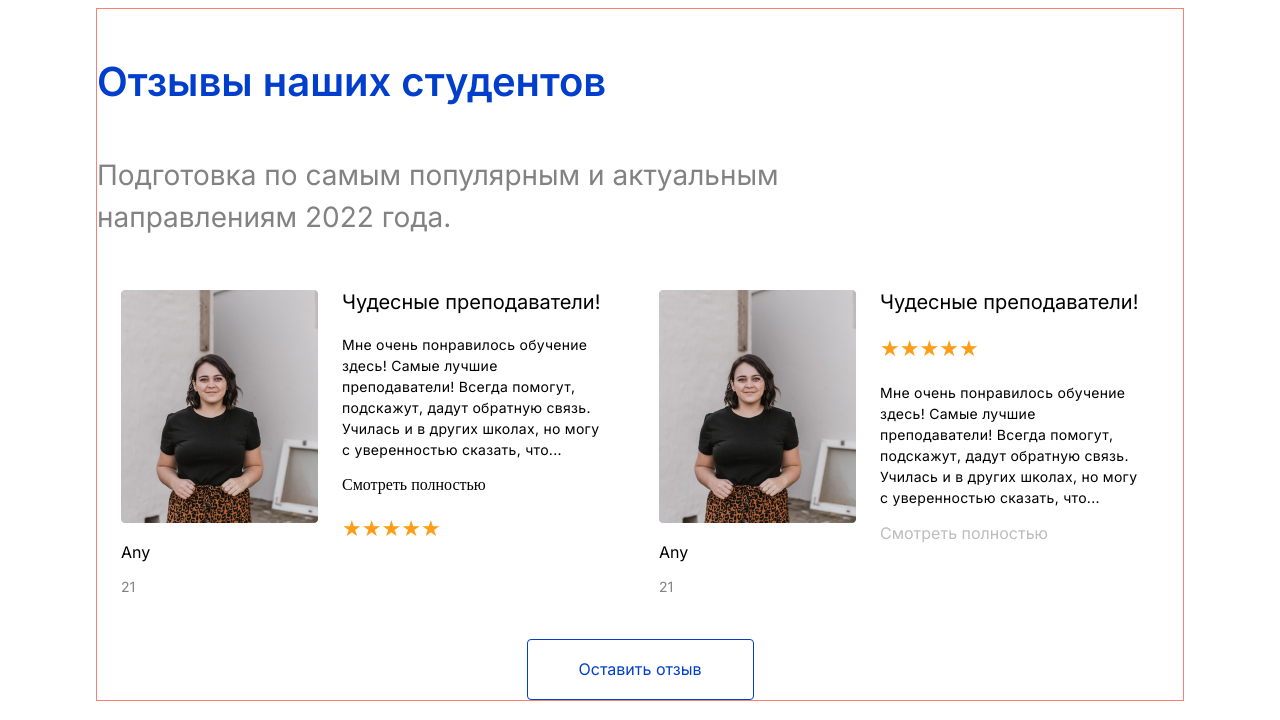
Repository: Malvuna/Studi
Page: index.html
These files come from the project's save history. The page is drawn as it stood at one moment and after the next save; the edit follows.
The browser window is 1280 px wide. The pictures show the whole page.

Above is the page before, as saved 2022-07-11 18:00:10.

After the next save:
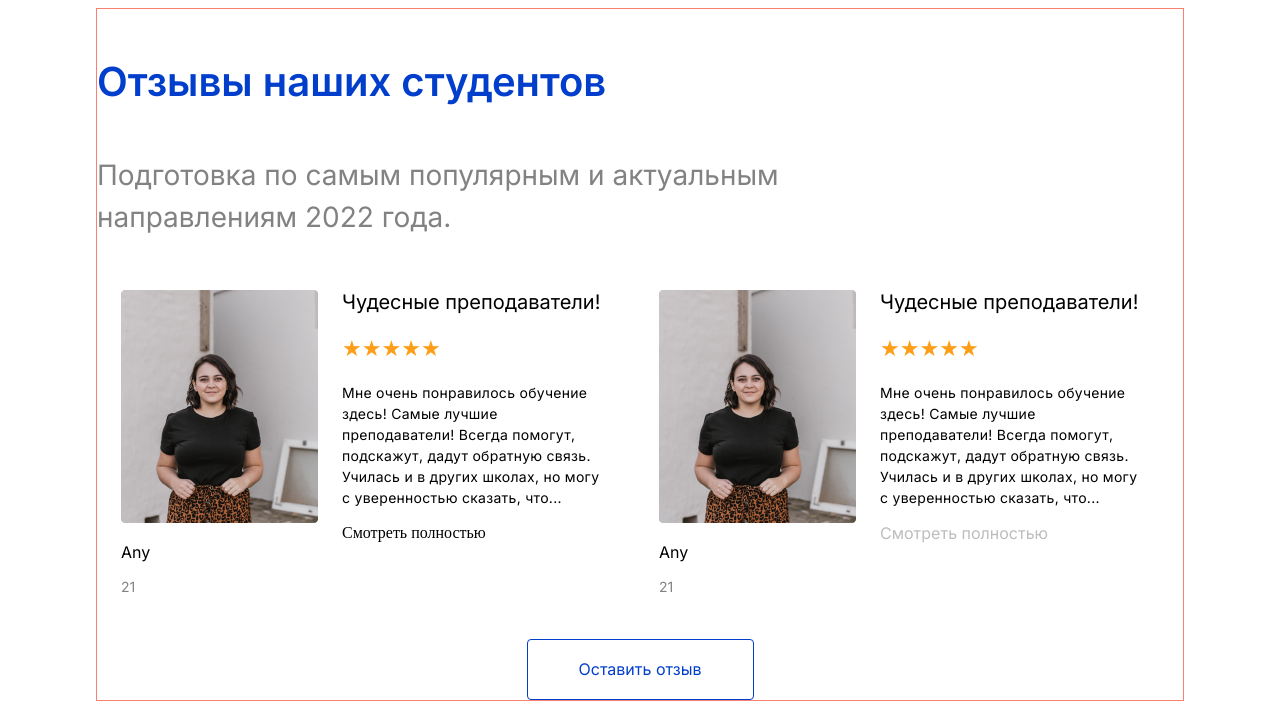
Saved 6 s later.
--- a/javascript/javascript.js
+++ b/javascript/javascript.js
@@ -80,4 +80,4 @@ divNavigator.append(rightArrow);
 
 let leftArrowP = document.createElement("p");
 textStar.innerHTML = "★★★★★";
-cardRight.append(textStar);
+cardRight.append(leftArrowP);
